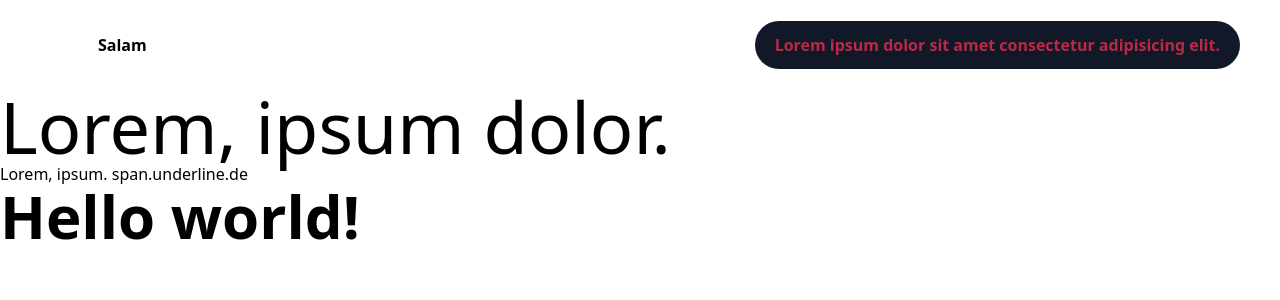
Repository: khaled-m1/Blog-Next.js
Page: /
An editor plug-in stored every save of this project. The page is shown before and after a run of saves, followed by the edit.
The browser window is 1280 px wide. The pictures show the whole page.
The project was rebuilt for these pictures with package versions that can differ from the ones it lists, and the page was loaded fresh each time. The framework's server and built-in components were replaced by stand-ins that run in the browser. Also part of the build but not shown: next.config.js.

Above is the page before, as saved 2023-01-15 23:44:43.

After the next 4 saves:
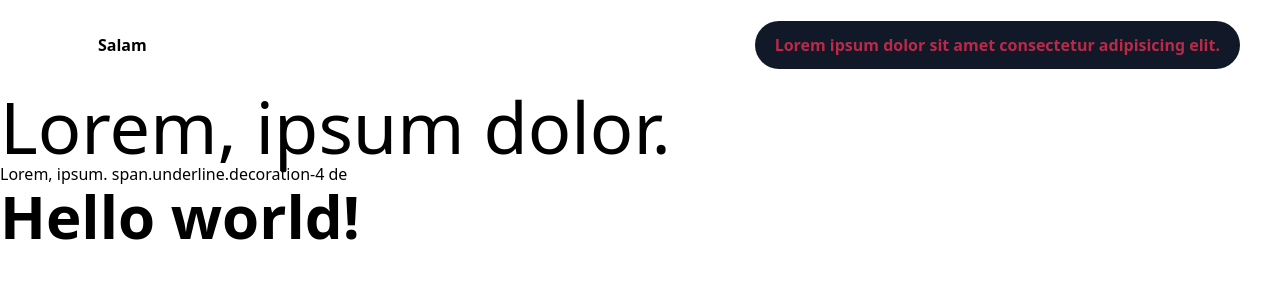
The 4 saves are shown as one change because they came seconds apart.
The last was saved 10 s later.
--- a/components/Bannar.tsx
+++ b/components/Bannar.tsx
@@ -7,7 +7,7 @@ export const Bannar = () => {
         <h1 className="text-7xl">Lorem, ipsum dolor.</h1>
       <h2 className="mt-5 md:mt-0">
         Lorem, ipsum.
-        span.underline.de
+        span.underline.decoration-4 de
       </h2>
       </div>
     </div>
